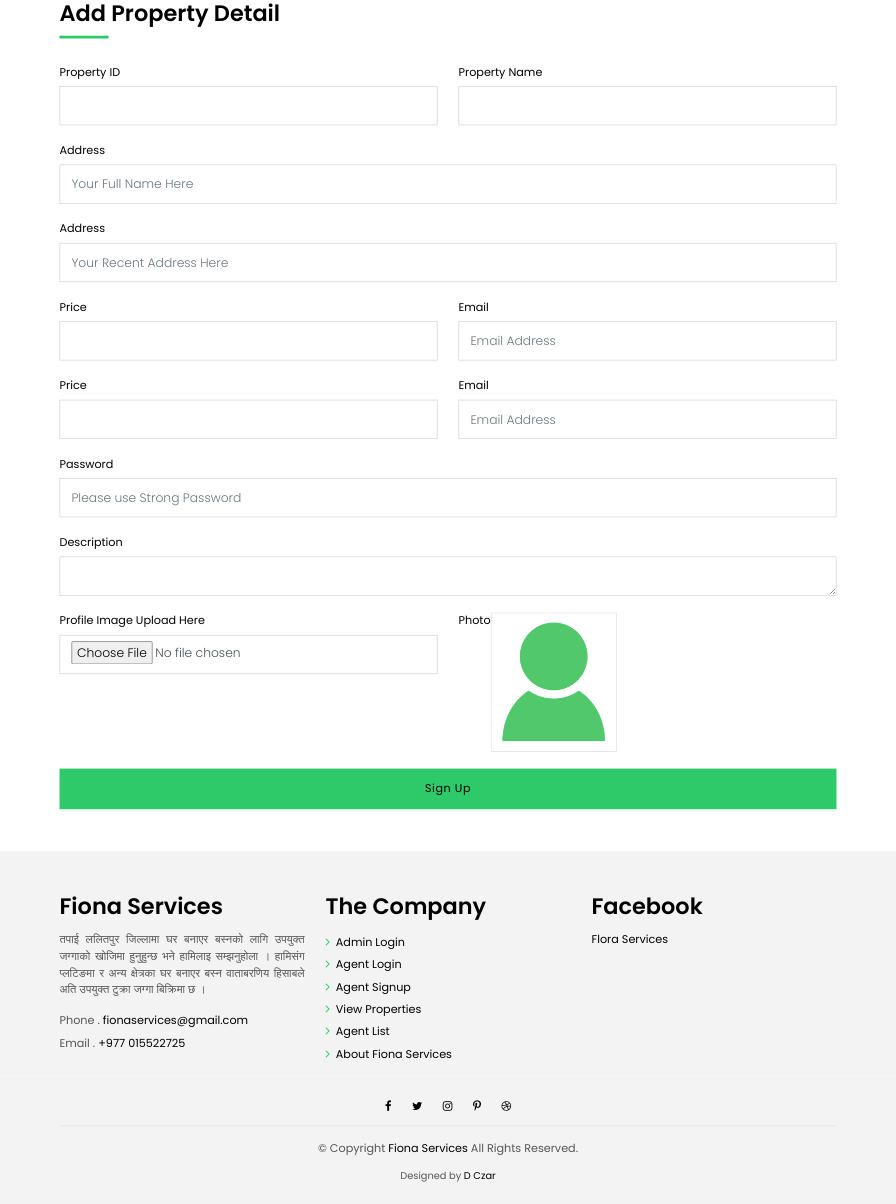
Repository: Sjuicyy/realstate
Page: Add-Property.html
An editor plug-in stored every save of this project. The page is shown before and after the next save, followed by the edit.
The browser window is 1280 px wide. The pictures show the whole page, at 70% of full size.

Above is the page before, as saved 2022-10-13 15:39:54.

### Add-Property.html
<!DOCTYPE html>
<html lang="en">

<head>
  <meta charset="utf-8">
  <title>Fiona Services</title>
  <meta content="width=device-width, initial-scale=1.0" name="viewport">
  <meta content="" name="keywords">
  <meta content="" name="description">

  <!-- Favicons -->
  <link href="img/favicon.png" rel="icon">
  <link href="img/apple-touch-icon.png" rel="apple-touch-icon">

  <!-- Google Fonts -->
  <link href="https://fonts.googleapis.com/css?family=Poppins:300,400,500,600,700" rel="stylesheet">

  <!-- Bootstrap CSS File -->
  <link href="lib/bootstrap/css/bootstrap.min.css" rel="stylesheet">

  <!-- Libraries CSS Files -->
  <link href="lib/font-awesome/css/font-awesome.min.css" rel="stylesheet">
  <link href="lib/animate/animate.min.css" rel="stylesheet">
  <link href="lib/ionicons/css/ionicons.min.css" rel="stylesheet">
  <link href="lib/owlcarousel/assets/owl.carousel.min.css" rel="stylesheet">

  <!-- Main Stylesheet File -->
  <link href="css/style.css" rel="stylesheet">

  <!-- =======================================================
    Theme Name: EstateAgency
    Theme URL: https://bootstrapmade.com/real-estate-agency-bootstrap-template/
    Author: BootstrapMade.com
    License: https://bootstrapmade.com/license/
  ======================================================= -->
</head>
<div id="fb-root"></div>
<script async defer crossorigin="anonymous" src="https://connect.facebook.net/en_US/sdk.js#xfbml=1&version=v14.0"
  nonce="0jwGYLXn"></script>

<body>
  <!-- / Form Search End /-->

  <!--/ Nav Star /-->
  <!-- <nav class="navbar navbar-default navbar-trans navbar-expand-lg fixed-top">
    <div class="container">
      <button class="navbar-toggler collapsed" type="button" data-toggle="collapse" data-target="#navbarDefault"
        aria-controls="navbarDefault" aria-expanded="false" aria-label="Toggle navigation">
      </button>
      <a class="navbar-brand text-brand" href="index.php">Fiona<span class="color-b"> Services</span></a>
      <button type="button" class="btn btn-link nav-search navbar-toggle-box-collapse d-md-none" data-toggle="collapse"
        data-target="#navbarTogglerDemo01" aria-expanded="false" title="Agent Space">

      </button>
      <div class="navbar-collapse collapse justify-content-center" id="navbarDefault">
        <ul class="navbar-nav">
          <li class="nav-item">
            <a class="nav-link active" href="index.php">Home</a>
          </li>
          <li class="nav-item">
            <a class="nav-link" href="about.php">About Us</a>
          </li>
          <li class="nav-item dropdown">
            <a class="nav-link dropdown-toggle" href="#" id="navbarDropdown" role="button" data-toggle="dropdown"
              aria-haspopup="true" aria-expanded="false">
              Property
            </a>
            <div class="dropdown-menu" aria-labelledby="navbarDropdown">
              <a class="dropdown-item" href="property-single.php">Property Single</a>
              <a class="dropdown-item" href="property-grid.php">Property List</a>
            </div>
          </li>
          <li class="nav-item">
            <a class="nav-link" href="Login.php">Login</a>
          </li>
          <li class="nav-item">
            <a class="nav-link" href="contact.php">Contact</a>
          </li>
        </ul>
      </div>
      <button type="button" class="btn btn-b-n navbar-toggle-box-collapse d-none d-md-block" data-toggle="collapse"
        data-target="#navbarTogglerDemo01" aria-expanded="false" title="Agent Space">
      </button>
    </div>
  </nav> -->
  <!--/ Nav End /-->











  <div class="container">
    <div class="title-box-d">
      <h3 class="title-d margin-auto">Add Property Detail</h3>
    </div>
    <div class=" form">
      <div id="modal2">
        <form class="form-a" action="agentsave.php" method="POST" enctype="multipart/form-data">
          <div class="row">





            <div class="col-md-6 mb-2">
              <div class="form-group">
                <label for="city">Property ID</label>
                <input type="number" class="form-control form-control-lg form-control-a" name="Phone">
              </div>
            </div>
            <div class="col-md-6 mb-2">
              <div class="form-group">
                <label for="bedrooms">Property Name</label>
                <input type="text" class="form-control form-control-lg form-control-a"
                  name="Email">
              </div>
            </div>







            <div class="col-md-12 mb-2">
              <div class="form-group">
                <label for="Type">Address</label>
                <input type="text" class="form-control form-control-lg form-control-a" placeholder="Your Full Name Here"
                  name="Name">
              </div>
            </div>
            <div class="col-md-12 mb-2">
              <div class="form-group">
                <label for="Type">Address</label>
                <input type="text" class="form-control form-control-lg form-control-a"
                  placeholder="Your Recent Address Here" name="Address">
              </div>
            </div>
            <div class="col-md-6 mb-2">
              <div class="form-group">
                <label for="city">Price</label>
                <input type="number" class="form-control form-control-lg form-control-a" name="Phone">
              </div>
            </div>
            <div class="col-md-6 mb-2">
              <div class="form-group">
                <label for="bedrooms">Email</label>
                <input type="email" class="form-control form-control-lg form-control-a" placeholder="Email Address"
                  name="Email">
              </div>
            </div>



            <div class="col-md-6 mb-2">
              <div class="form-group">
                <label for="city">Price</label>
                <input type="number" class="form-control form-control-lg form-control-a" name="Phone">
              </div>
            </div>
            <div class="col-md-6 mb-2">
              <div class="form-group">
                <label for="bedrooms">Email</label>
                <input type="email" class="form-control form-control-lg form-control-a" placeholder="Email Address"
                  name="Email">
              </div>
            </div>








            <div class="col-md-12 mb-2">
              <div class="form-group">
                <label for="garages">Password</label>
                <input type="password" class="form-control form-control-lg form-control-a"
                  placeholder="Please use Strong Password" name="Password">
              </div>
            </div>
            <div class="col-md-12 mb-2">
              <div class="form-group">
                <label for="bathrooms">Description</label>
                <textarea class="form-control form-control-lg form-control-a" id="bathrooms" name="Detail">
              </textarea>
              </div>
            </div>
            <div class="col-md-6 mb-2">
              <div class="form-group">
                <label for="price">Profile Image Upload Here</label>
                <input type="file" class="form-control form-control-lg form-control-a" onchange="readURL(this);"
                  name="Photo">
              </div>
            </div>
            <div class="col-md-6 mb-2">
              <div class="form-group text-center">
                <label for="price" style="float: left">Photo</label>
                <img src="img/user.png" id="blah" class="form-control"
                  style="max-width:180px;width: 100%;height: auto;" />
              </div>
            </div>
            <div class="col-md-12">
              <button type="submit" name="submit" class="btn btn-b" style="width: 100%;">Sign Up</button>
            </div>
          </div>
        </form>
      </div>

    </div>

  </div>
















    <!--/ footer Star /-->
    <section class="section-footer">
      <div class="container">
        <div class="row">
          <div class="col-sm-12 col-md-4">
            <div class="widget-a">
              <div class="w-header-a">
                <h3 class="w-title-a text-brand">Fiona Services</h3>
              </div>
              <div class="w-body-a">
                <p class="w-text-a color-text-a" align="justify">
                  तपाई ललितपुर जिल्लामा घर बनाएर बस्नको लागि उपयुक्त जग्गाको खोजिमा हुनुहुन्छ भने हामिलाइ सम्झनुहोला ।
                  हामिसंग प्लटिङमा र अन्य क्षेत्रका घर बनाएर बस्न वाताबरणिय हिसाबले अति उपयुक्त टुक्रा जग्गा बिक्रिमा छ
                  ।
                </p>
              </div>
              <div class="w-footer-a">
                <ul class="list-unstyled">
                  <li class="color-a">
                    <span class="color-text-a">Phone .</span> fionaservices@gmail.com
                  </li>
                  <li class="color-a">
                    <span class="color-text-a">Email .</span> +977 015522725
                  </li>
                </ul>
              </div>
            </div>
          </div>
          <div class="col-sm-12 col-md-4 section-md-t3">
            <div class="widget-a">
              <div class="w-header-a">
                <h3 class="w-title-a text-brand">The Company</h3>
              </div>
              <div class="w-body-a">
                <div class="w-body-a">
                  <ul class="list-unstyled">
                    <li class="item-list-a">
                      <i class="fa fa-angle-right"></i> <a href="#">Admin Login</a>
                    </li>
                    <li class="item-list-a">
                      <i class="fa fa-angle-right"></i> <a href="#">Agent Login</a>
                    </li>
                    <li class="item-list-a">
                      <i class="fa fa-angle-right"></i> <a href="#">Agent Signup</a>
                    </li>
                    <li class="item-list-a">
                      <i class="fa fa-angle-right"></i> <a href="#">View Properties</a>
                    </li>
                    <li class="item-list-a">
                      <i class="fa fa-angle-right"></i> <a href="#">Agent List</a>
                    </li>
                    <li class="item-list-a">
                      <i class="fa fa-angle-right"></i> <a href="#">About Fiona Services</a>
                    </li>
                  </ul>
                </div>
              </div>
            </div>
          </div>
          <div class="col-sm-12 col-md-4 section-md-t3">
            <div class="widget-a">
              <div class="w-header-a">
                <h3 class="w-title-a text-brand">Facebook</h3>
              </div>
              <div class="w-body-a">
                <div class="fb-page" data-href="https://www.facebook.com/floraservices2070" data-tabs="timeline"
                  data-width="" data-height="110" data-small-header="false" data-adapt-container-width="true"
                  data-hide-cover="false" data-show-facepile="false">
                  <blockquote cite="https://www.facebook.com/floraservices2070" class="fb-xfbml-parse-ignore"><a
                      href="https://www.facebook.com/floraservices2070">Flora Services</a></blockquote>
                </div>
              </div>
            </div>
          </div>
        </div>
      </div>
    </section>
    <footer>
      <div class="container">
        <div class="row">
          <div class="col-md-12">

            <div class="socials-a">
              <ul class="list-inline">
                <li class="list-inline-item">
                  <a href="#">
                    <i class="fa fa-facebook" aria-hidden="true"></i>
                  </a>
                </li>
                <li class="list-inline-item">
                  <a href="#">
                    <i class="fa fa-twitter" aria-hidden="true"></i>
                  </a>
                </li>
                <li class="list-inline-item">
                  <a href="#">
                    <i class="fa fa-instagram" aria-hidden="true"></i>
                  </a>
                </li>
                <li class="list-inline-item">
                  <a href="#">
                    <i class="fa fa-pinterest-p" aria-hidden="true"></i>
                  </a>
                </li>
                <li class="list-inline-item">
                  <a href="#">
                    <i class="fa fa-dribbble" aria-hidden="true"></i>
                  </a>
                </li>
              </ul>
            </div>
            <div class="copyright-footer">
              <p class="copyright color-text-a">
                &copy; Copyright
                <span class="color-a">Fiona Services</span> All Rights Reserved.
              </p>
            </div>
            <div class="credits">

              Designed by <a href="https://pritambajagain.com.np/">D Czar</a>
            </div>
          </div>
        </div>
      </div>
    </footer>
    <!--/ Footer End /-->

    <a href="#" class="back-to-top"><i class="fa fa-chevron-up"></i></a>
    <div id="preloader"></div>

    <!-- JavaScript Libraries -->
    <script>
      function readURL(input) {
        if (input.files && input.files[0]) {
          var reader = new FileReader();

          reader.onload = function (e) {
            $('#blah')
              .attr('src', e.target.result);
          };

          reader.readAsDataURL(input.files[0]);
        }
      }
    </script>
    <script src="lib/jquery/jquery.min.js"></script>
    <script src="lib/jquery/jquery-migrate.min.js"></script>
    <script src="lib/popper/popper.min.js"></script>
    <script src="lib/bootstrap/js/bootstrap.min.js"></script>
    <script src="lib/easing/easing.min.js"></script>
    <script src="lib/owlcarousel/owl.carousel.min.js"></script>
    <script src="lib/scrollreveal/scrollreveal.min.js"></script>
    <!-- Contact Form JavaScript File -->
    <script src="contactform/contactform.js"></script>

    <!-- Template Main Javascript File -->
    <script src="js/main.js"></script>

</body>

</html>

Loaded but not shown: lib/bootstrap/css/bootstrap.min.css (library); lib/font-awesome/css/font-awesome.min.css (library); lib/animate/animate.min.css (library); lib/ionicons/css/ionicons.min.css (library); lib/owlcarousel/assets/owl.carousel.min.css (library); lib/jquery/jquery.min.js (library); lib/jquery/jquery-migrate.min.js (library); lib/popper/popper.min.js (library); lib/bootstrap/js/bootstrap.min.js (library); lib/easing/easing.min.js (common file); lib/owlcarousel/owl.carousel.min.js (library); lib/scrollreveal/scrollreveal.min.js (library); js/main.js (150 lines, source omitted); contactform/contactform.js (118 lines, source omitted); css/style.css (2025 lines, source omitted)

After the next save:
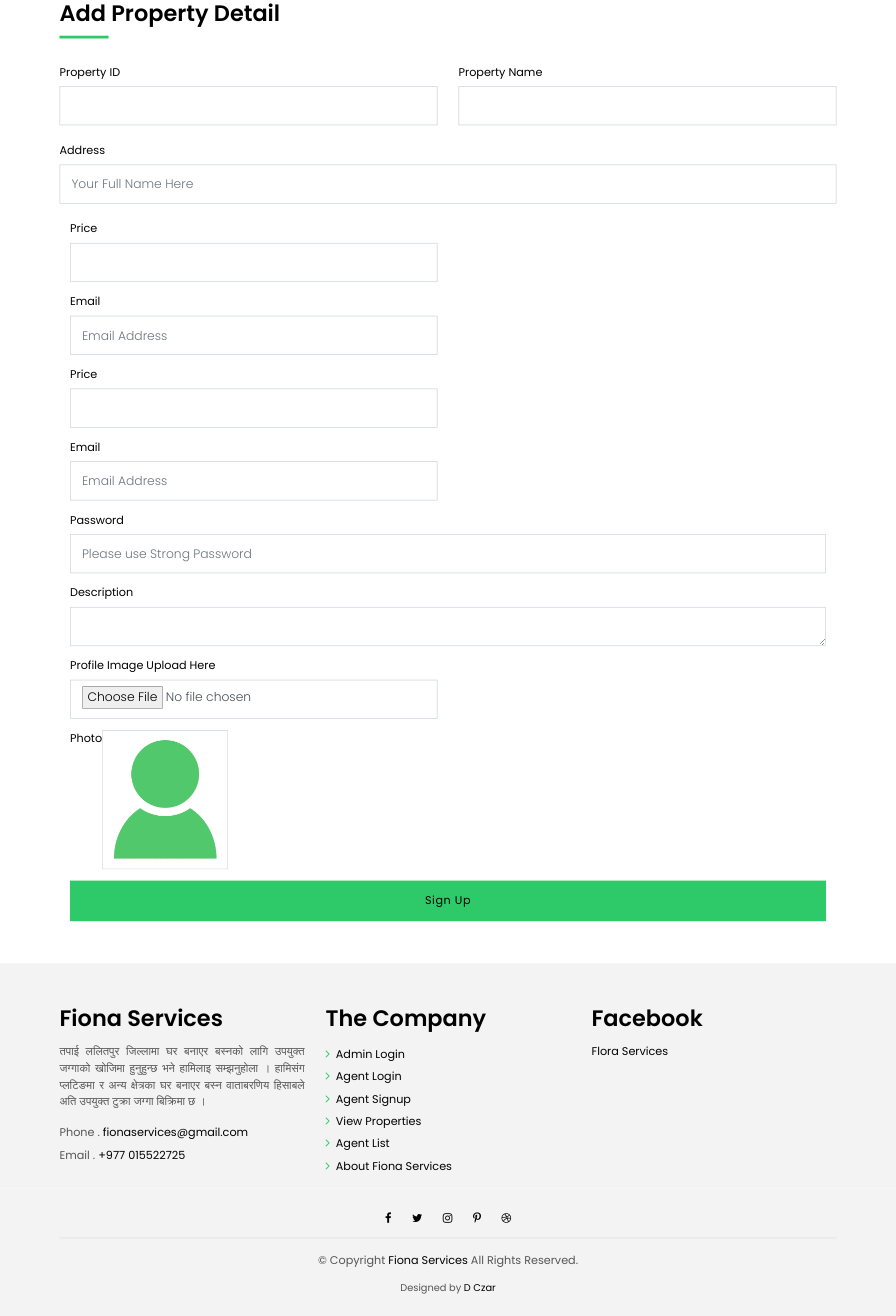
Saved 27 s later.
--- a/Add-Property.html
+++ b/Add-Property.html
@@ -135,12 +135,7 @@
                   name="Name">
               </div>
             </div>
-            <div class="col-md-12 mb-2">
-              <div class="form-group">
-                <label for="Type">Address</label>
-                <input type="text" class="form-control form-control-lg form-control-a"
-                  placeholder="Your Recent Address Here" name="Address">
-              </div>
+
             </div>
             <div class="col-md-6 mb-2">
               <div class="form-group">

After the save that followed:
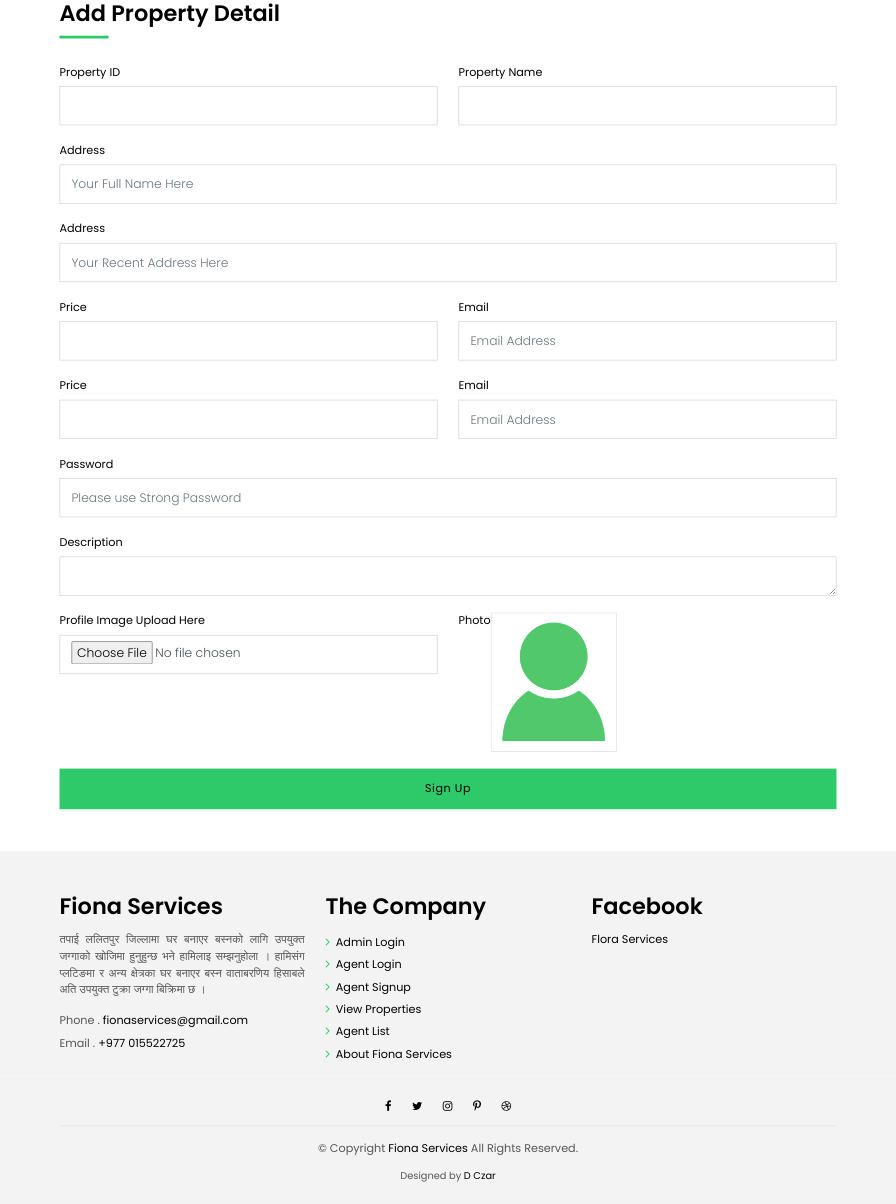
Saved 4 s later.
--- a/Add-Property.html
+++ b/Add-Property.html
@@ -135,7 +135,12 @@
                   name="Name">
               </div>
             </div>
-
+            <div class="col-md-12 mb-2">
+              <div class="form-group">
+                <label for="Type">Address</label>
+                <input type="text" class="form-control form-control-lg form-control-a"
+                  placeholder="Your Recent Address Here" name="Address">
+              </div>
             </div>
             <div class="col-md-6 mb-2">
               <div class="form-group">
